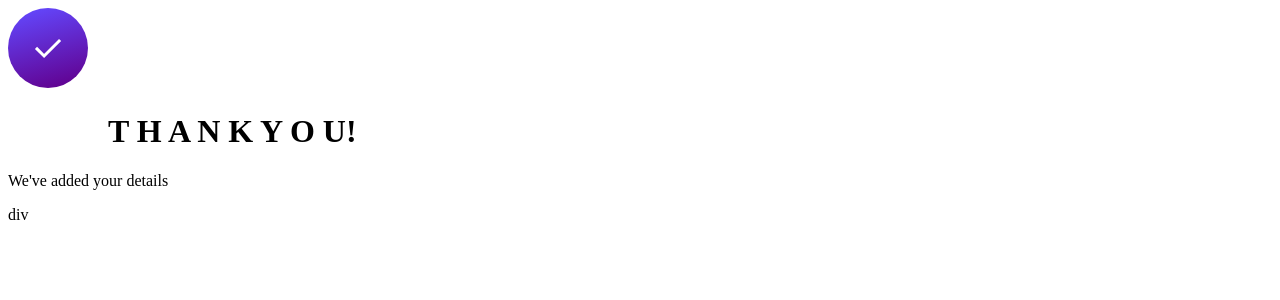
Repository: Abhi2359/frontendchallenge-1
Page: /
The author's editor kept a copy of each file at every save. The page is drawn from the files as they stood at one save, then again after a run of saves.
The browser window is 1280 px wide. The pictures show the whole page.
The project was rebuilt for these pictures with package versions that can differ from the ones it lists, and the page was loaded fresh each time. Also part of the build but not shown: src/components/Cards/Card1.css, src/components/Cards/Card1.js, src/components/Cards/Card2.css, src/components/Cards/Card2.js, src/components/Layout/Layout.js.

Above is the page before, as saved 2023-02-15 17:09:28.

### src/App.js

import Compelete from "./components/Add/Compelete";
import Layout from "./components/Layout/Layout";


function App() {
  return (
    <div className="App">

      <Compelete/>
    {/*
      <Layout/>
      <Added/>

    <Card1/>
    */}

    </div>
  );
}

export default App;

### src/components/Add/Compelete.js
import React from 'react'
import {ReactComponent as Add} from './icon-complete.svg'

function Compelete() {
  return (
    <div class="Complete">
      <div class="icon">
        <Add/>
      </div>
      <h1>T H A N K Y O U!</h1>
      <div class="para">
        <p>We've added your details</p>
      </div>
      div
    </div>
  )
}

export default Compelete

### src/components/Layout/layout.css
.layout{

    margin: 0;
    padding: 0;
    height: 100vh;
}
.partitions
{
    height: 100%;
display: flex;
flex-wrap: wrap;
flex-direction: row;
justify-content: space-between;
}

.partition1{
    background-image: linear-gradient(to right bottom, #340505, #3b0d16, #431521, #4a1d2c, #502638, #52273b, #53283e, #552941, #53223d, #511a38, #4f1234, #4d072f);

height: 100vh;
flex-grow: 3;
color: white;
width: 40%;

}

.partition2{
background-color: rgb(243, 242, 242);
 height: 100vh;
flex-grow: 8;
display: flex;
align-items: center;
justify-content: center;
}

.Form{
    margin-left: 80px;

}

.Form input{
    margin: 5px;
    height: 35px;
    margin-top: 10px;
    margin-bottom: 20px;

}

.card_holder{
    width: 300px;
    border: 1px solid gray;
    border-radius: 5px;
}
.card_number{
    width: 300px;
    border: 1px solid gray;
    border-radius: 5px;
}
label{
    font-size: 12px;
    font-weight: bold;
    padding-left: 10px;
}



.cvc{
    margin-left: 40px;
}

.number{
    width: 60px;
    border: 1px solid gray;
    border-radius: 5px;
}
#cvc{
    width: 140px;
    border: 1px solid gray;
    border-radius: 5px;
}
 .button{
    width: 300px;
    margin-left: 10px;
    background-color: black;
    color: white;
    height: 40px;
    border-radius: 5px;
 }

.partitiion1 ,h1{
margin-left: 100px;
}

.card1{
    margin-top: 20px;
    margin-left: 100px;
}

.card2{
    margin-top: 20px;
    margin-left: 80px;
}

Loaded but not shown: public/index.html (common file); src/index.js (common file)

After the next 3 saves:
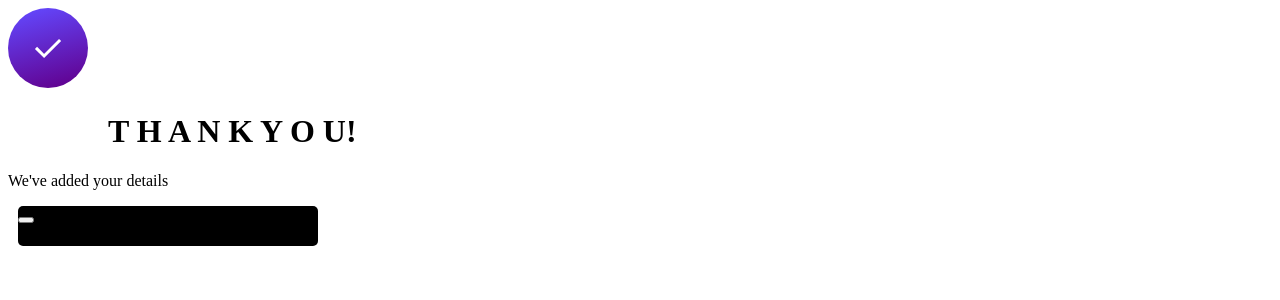
The 3 saves are shown as one change because they came seconds apart.
The last was saved 10 s later.
--- a/src/components/Add/Compelete.js
+++ b/src/components/Add/Compelete.js
@@ -11,7 +11,9 @@ function Compelete() {
       <div class="para">
         <p>We've added your details</p>
       </div>
-      div
+      <div class="button">
+        <button></button>
+      </div>
     </div>
   )
 }
